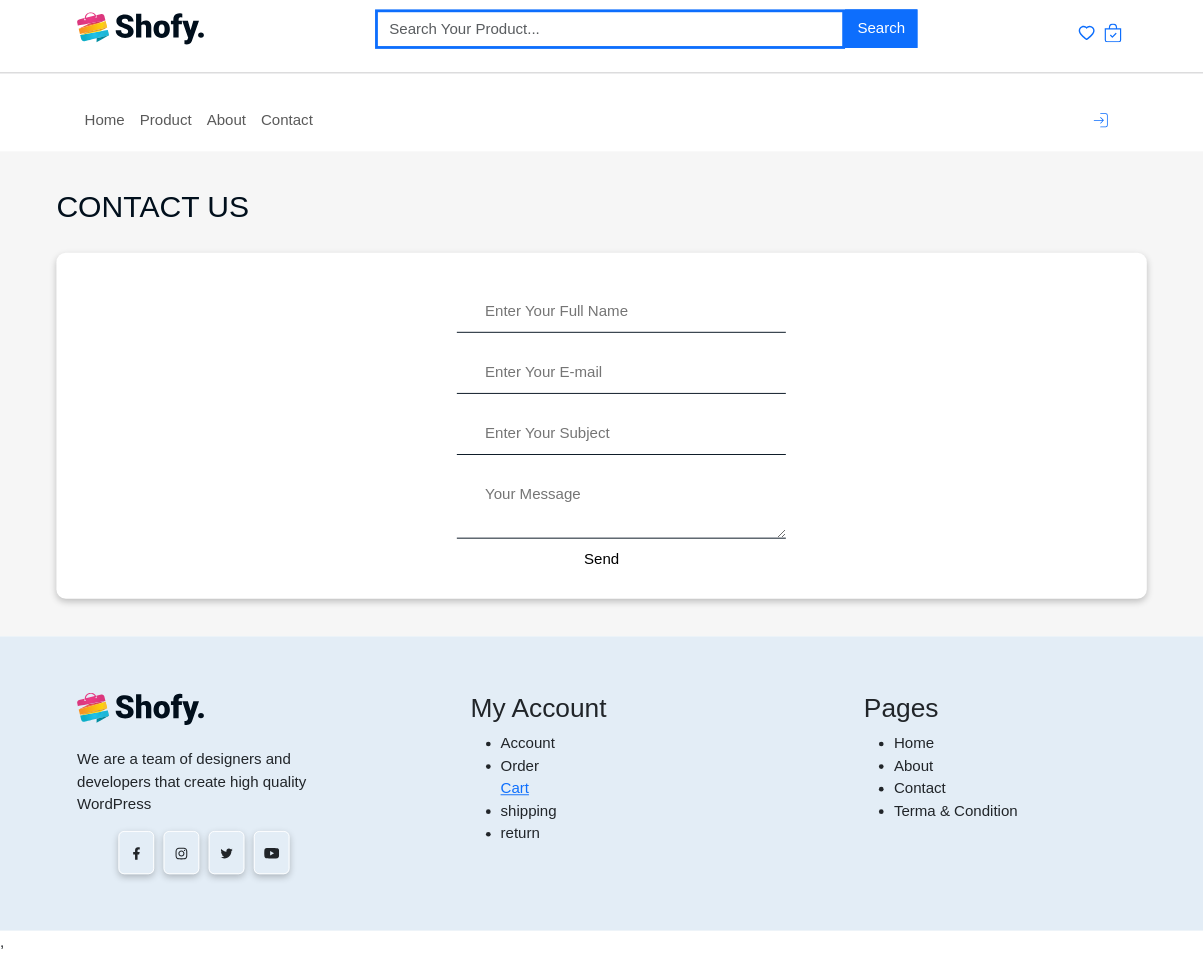
Repository: YomnaWegdan/E-commerce
Page: /contact
An editor plug-in stored every save of this project. The page is shown before and after the next save, followed by the edit.
The browser window is 1280 px wide. The pictures show the whole page, at 94% of full size.
The project was rebuilt for these pictures with package versions that can differ from the ones it lists, and the page was loaded fresh each time. Also part of the build but not shown: src/App.css, src/Pages/Home.css, src/Components/HomeProduct.js, src/Pages/Home.js, src/Pages/Product.js, src/Components/Cart/Cart.css, src/Components/Cart/Cart.js.

Above is the page before, as saved 2023-08-09 00:56:40.

After the next save:
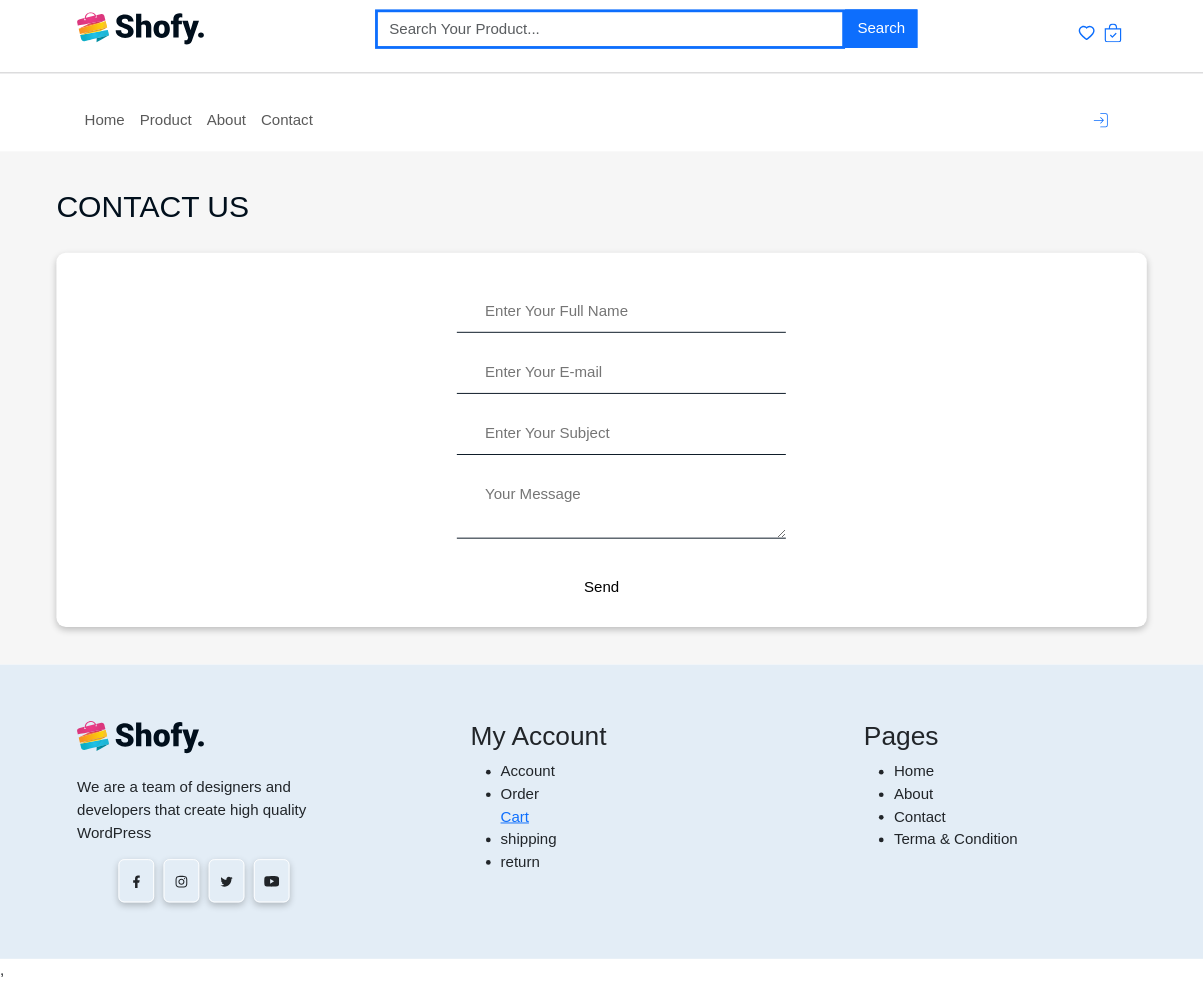
Saved 4 s later.
--- a/src/Pages/Contact.css
+++ b/src/Pages/Contact.css
@@ -44,6 +44,6 @@
     outline: none;
     background: none;
     width: 100%;
-    m
+    margin-top: 30px;
 
 }
